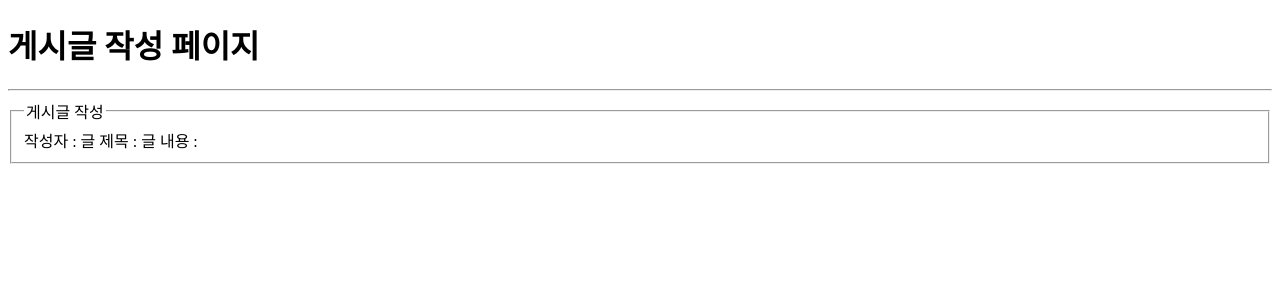
Repository: loseminho/khAcademy-Study
Page: http://localhost/02_SpringMVC_CRUD/boardWriteFrm.do
The author's editor kept a copy of each file at every save. The page is drawn from the files as they stood at one save, then again after the next save.
The browser window is 1280 px wide. The pictures show the whole page.
The page is served by Tomcat 9.

Above is the page before, as saved 2022-10-04 02:11:46.

After the next save:
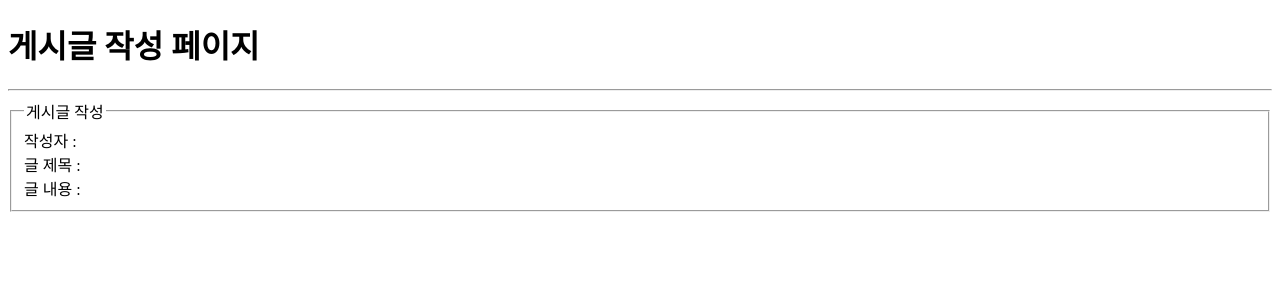
Saved 13 s later.
--- a/spring/workspace-sts-3.9.13.RELEASE/02_SpringMVC_CRUD/src/main/webapp/WEB-INF/views/board/boardWriteFrm.jsp
+++ b/spring/workspace-sts-3.9.13.RELEASE/02_SpringMVC_CRUD/src/main/webapp/WEB-INF/views/board/boardWriteFrm.jsp
@@ -12,9 +12,9 @@
 	<form action="" method="">
 		<fieldset>
 			<legend>게시글 작성</legend>
-			작성자 :
-			글 제목 :
-			글 내용 :
+			작성자 :<br>
+			글 제목 :<br>
+			글 내용 :<br>
 		</fieldset>
 	</form>
 </body>
